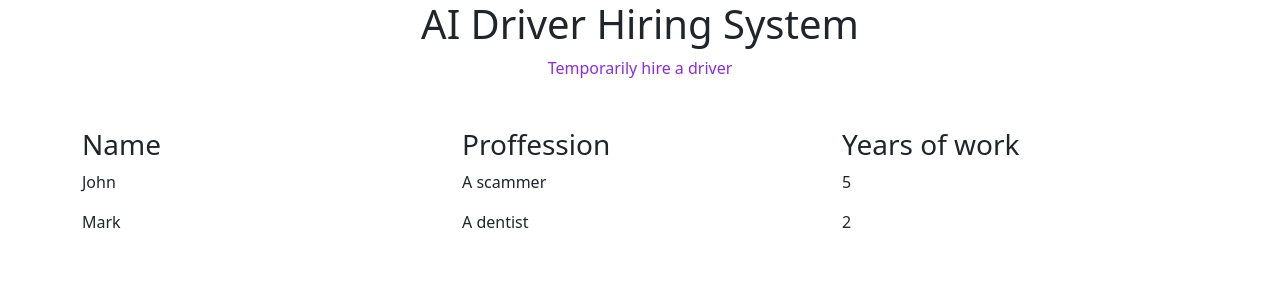
Repository: Wuda2000/AI-powered-Driver-hiring-system
Page: ONE.html
The author's editor kept a copy of each file at every save. The page is drawn from the files as they stood at one save, then again after the next save.
The browser window is 1280 px wide. The pictures show the whole page.

Above is the page before, as saved 2024-12-23 22:25:09.

After the next save:
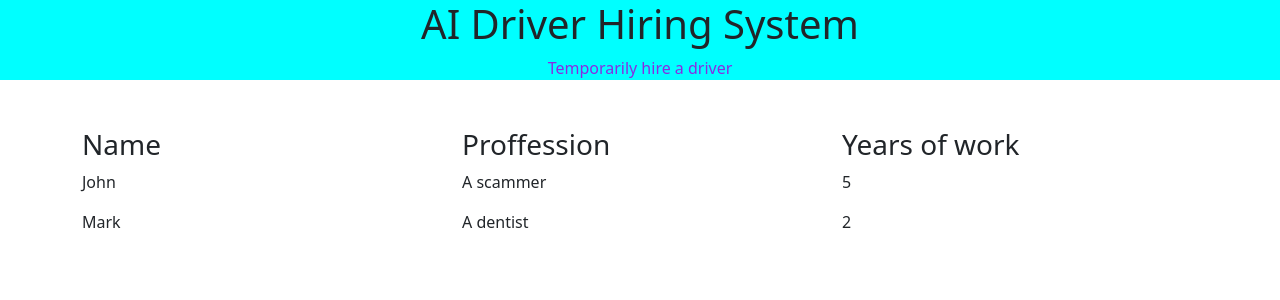
Saved 11 s later.
--- a/ONE.html
+++ b/ONE.html
@@ -10,7 +10,7 @@
 <body>
 
 
-    <div class="container-fluid p-5text-white text-center" style="background-color: ;">
+    <div class="container-fluid p-5text-white text-center" style="background-color: aqua;">
         <h1>AI Driver Hiring System</h1>
         <p style="color: blueviolet;">Temporarily hire a driver</p>
       </div>
